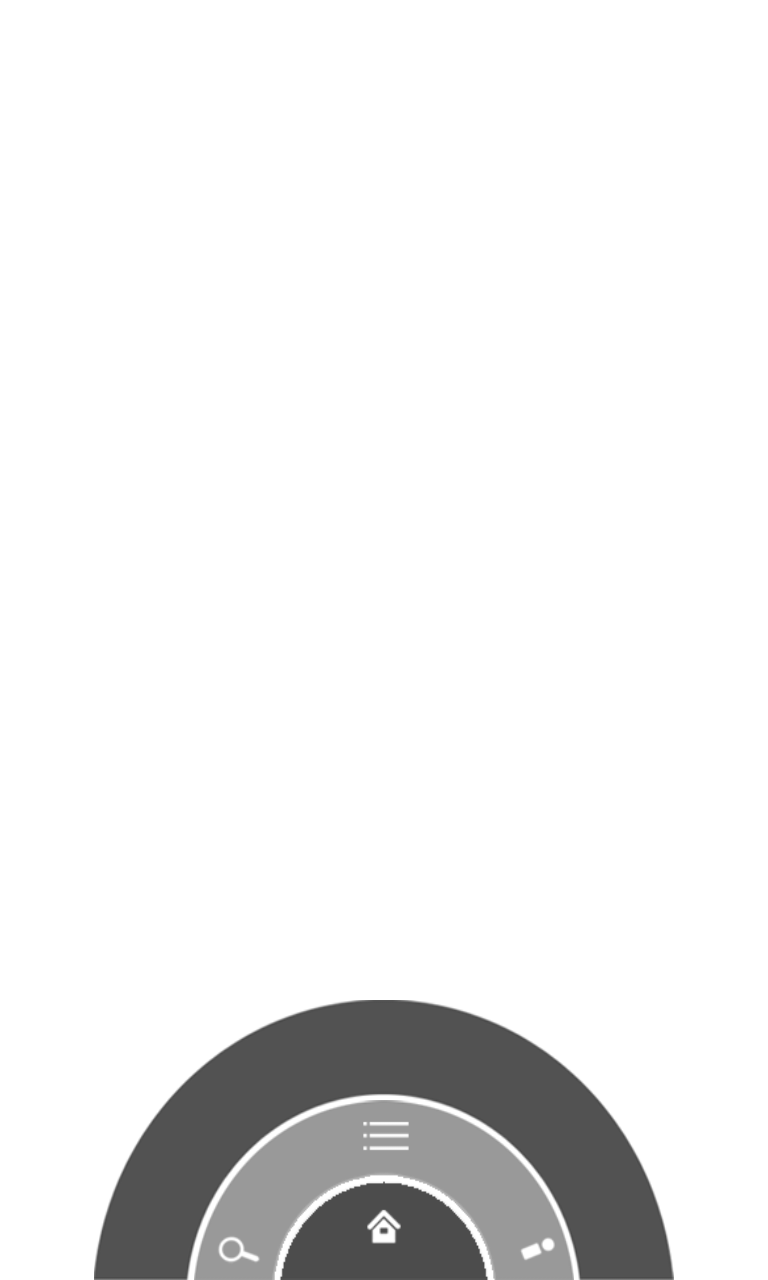
Repository: ASmouse/View
Layout: 02_UkuDemo14/res/layout/activity_main.xml
The author's editor kept a copy of each file at every save. The layout is drawn from the files as they stood at one save, then again after the next save.
It is drawn on a 768 x 1280 px phone screen (xhdpi) without system bars, with theme AppTheme; the app's code is not run.

Above is the layout before, as saved 2015-10-24 03:03:29.

### 02_UkuDemo14/res/layout/activity_main.xml
<RelativeLayout xmlns:android="http://schemas.android.com/apk/res/android"
    xmlns:tools="http://schemas.android.com/tools"
    android:layout_width="match_parent"
    android:layout_height="match_parent"
    tools:context=".MainActivity" >

    <!-- uku菜单的第一层 -->

    <RelativeLayout
        android:layout_width="105dip"
        android:layout_height="50dip"
        android:layout_alignParentBottom="true"
        android:layout_centerHorizontal="true"
        android:background="@drawable/level1" >

        <!-- home键 -->

        <ImageView
            android:layout_width="wrap_content"
            android:layout_height="wrap_content"
            android:layout_centerHorizontal="true"
            android:layout_marginTop="3dip"
            android:src="@drawable/icon_home" />
    </RelativeLayout>

    <!-- uku菜单第二层 -->

    <RelativeLayout
        android:layout_width="190dip"
        android:layout_height="90dip"
        android:layout_alignParentBottom="true"
        android:layout_centerHorizontal="true"
        android:background="@drawable/level2" >

        <!-- 搜索 -->

        <ImageView
            android:layout_width="wrap_content"
            android:layout_height="wrap_content"
            android:layout_alignParentBottom="true"
            android:layout_marginLeft="8dip"
            android:src="@drawable/icon_search" />

        <!-- 菜单 -->

        <ImageView
            android:layout_width="wrap_content"
            android:layout_height="wrap_content"
            android:layout_centerHorizontal="true"
            android:layout_marginTop="3dip"
            android:src="@drawable/icon_menu" />

        <!-- 优酷菜单 -->

        <ImageView
            android:layout_width="wrap_content"
            android:layout_height="wrap_content"
            android:layout_alignParentBottom="true"
            android:layout_alignParentRight="true"
            android:layout_marginRight="3dip"
            android:layout_marginTop="3dip"
            android:src="@drawable/icon_myyouku" />
    </RelativeLayout>

    <!-- uku菜单第三层 -->

    <RelativeLayout
        android:layout_width="290dip"
        android:layout_height="140dip"
        android:layout_alignParentBottom="true"
        android:layout_centerHorizontal="true"
        android:background="@drawable/level3" >

        <!-- 第一个按钮 -->

        <ImageView
            android:layout_width="wrap_content"
            android:layout_height="wrap_content"
            android:src="@drawable/channel1" />
    </RelativeLayout>

</RelativeLayout>

Loaded but not shown: 02_UkuDemo14/res/values/styles.xml (common file); 02_UkuDemo14/res/values-v11/styles.xml (common file); 02_UkuDemo14/res/values-v14/styles.xml (common file)

After the next save:
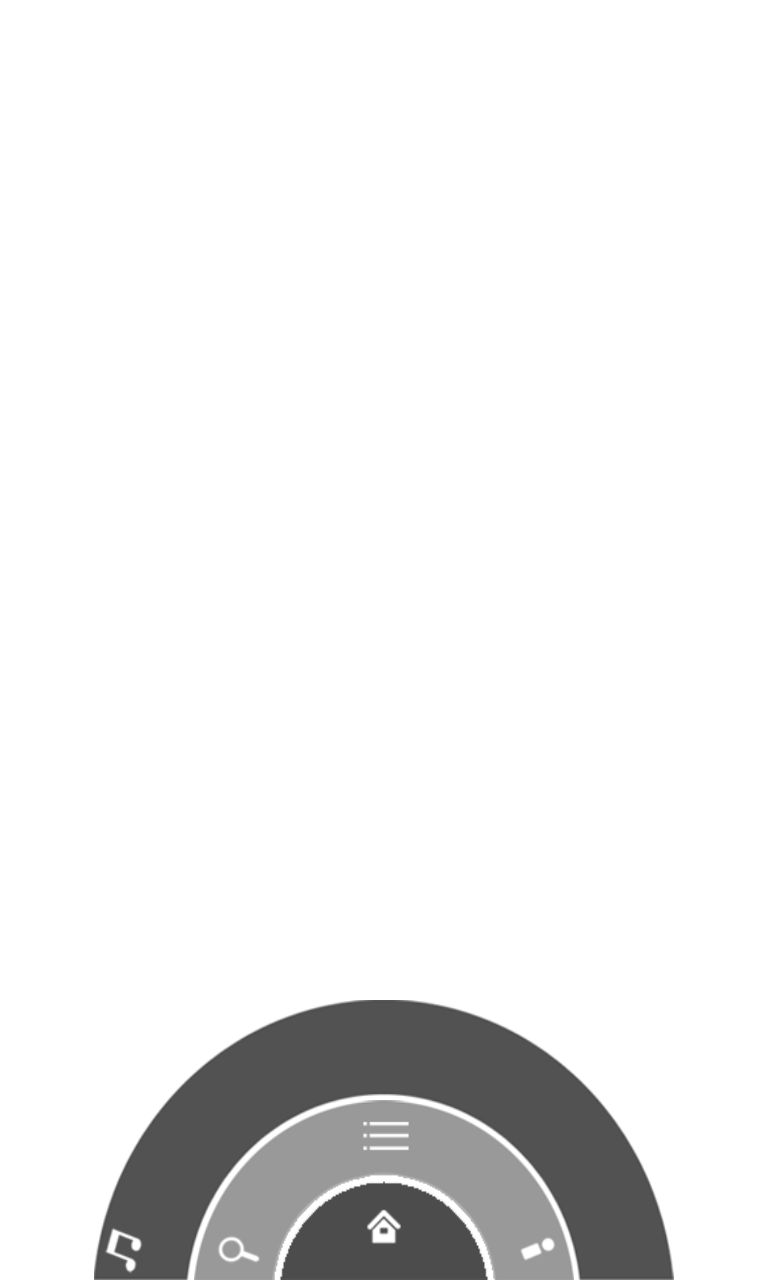
Saved 14 s later.
--- a/02_UkuDemo14/res/layout/activity_main.xml
+++ b/02_UkuDemo14/res/layout/activity_main.xml
@@ -74,6 +74,7 @@
         <!-- 第一个按钮 -->
 
         <ImageView
+            android:layout_alignParentBottom="true"
             android:layout_width="wrap_content"
             android:layout_height="wrap_content"
             android:src="@drawable/channel1" />
